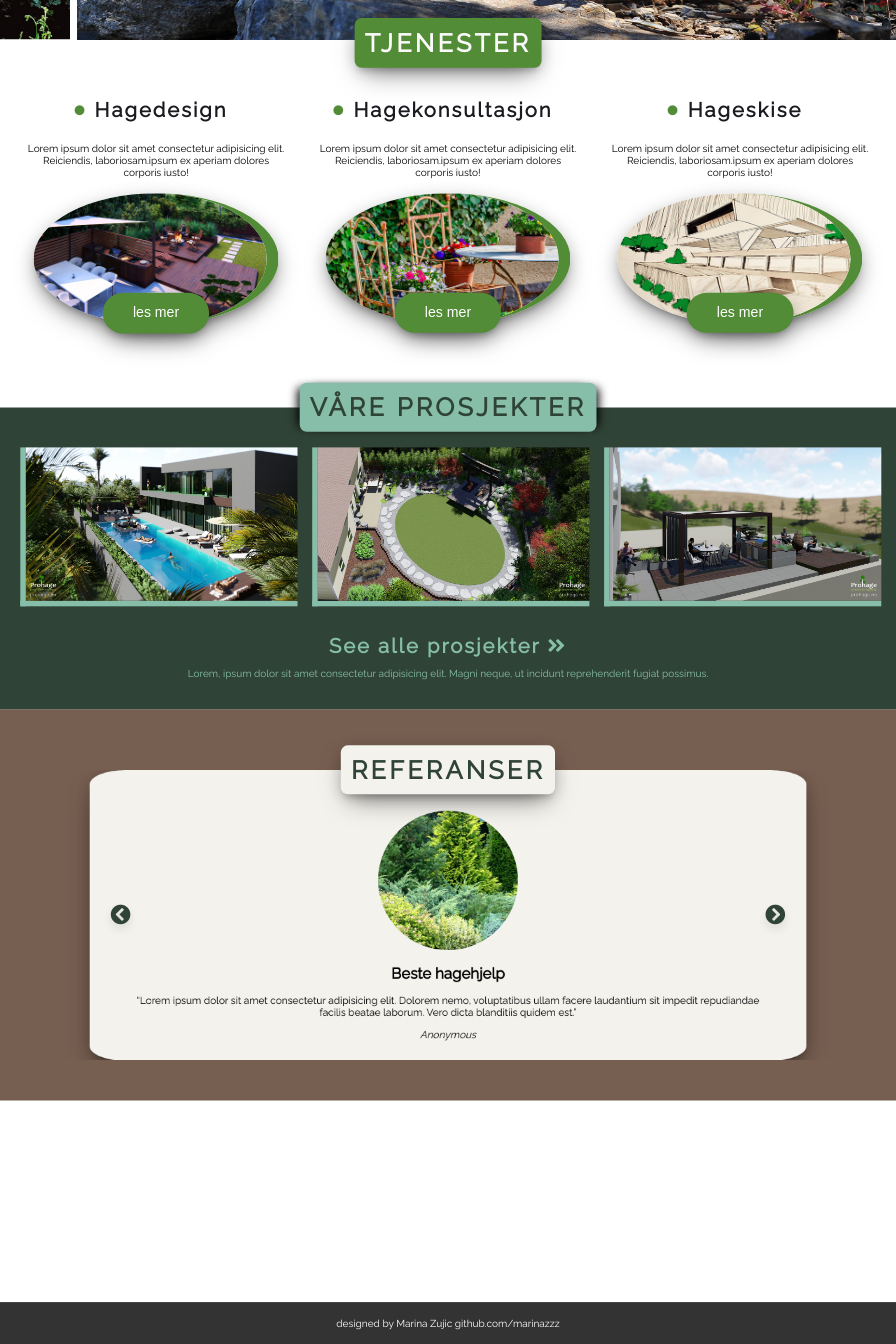
Repository: marinazzz/garden-design-website
Page: index.html
These files come from the project's save history. The page is drawn as it stood at one moment and after the next save; the edit follows.
The browser window is 1280 px wide. The pictures show the part of the page from y = 943 to 2863 px (the page is 2863 px tall), at 70% of full size.

Above is the page before, as saved 2020-04-03 12:51:50.

After the next save:
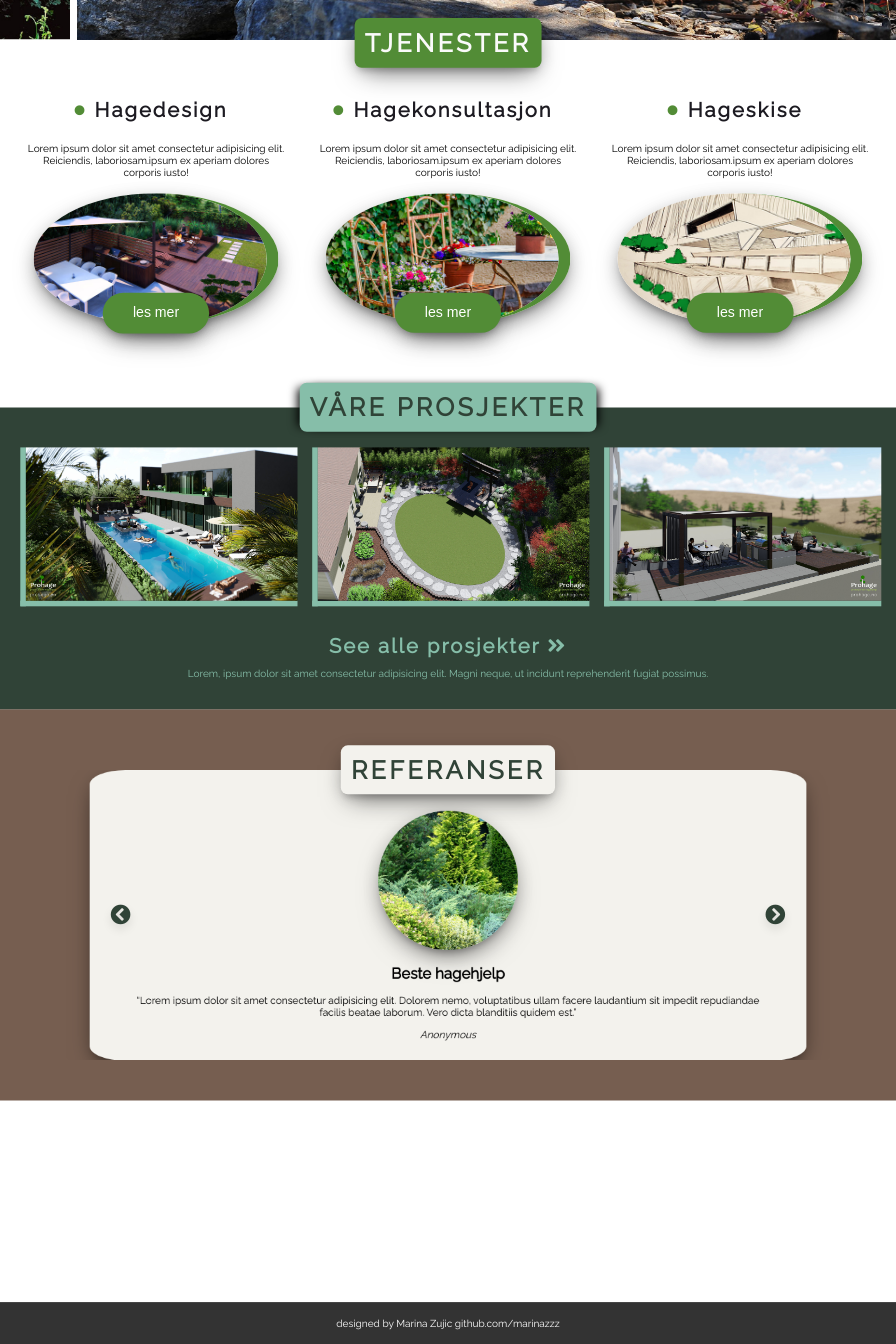
Saved 77 s later.
--- a/CSS/style.css
+++ b/CSS/style.css
@@ -430,6 +430,7 @@ body {
 .review__photo {
   width: 20%;
   border-radius: 50%;
+  box-shadow: 0 16px 38px -12px rgba(0, 0, 0, 0.56), 0 4px 25px 0px rgba(0, 0, 0, 0.12), 0 8px 10px -5px rgba(0, 0, 0, 0.2);
 }
 
 .review__txt {
